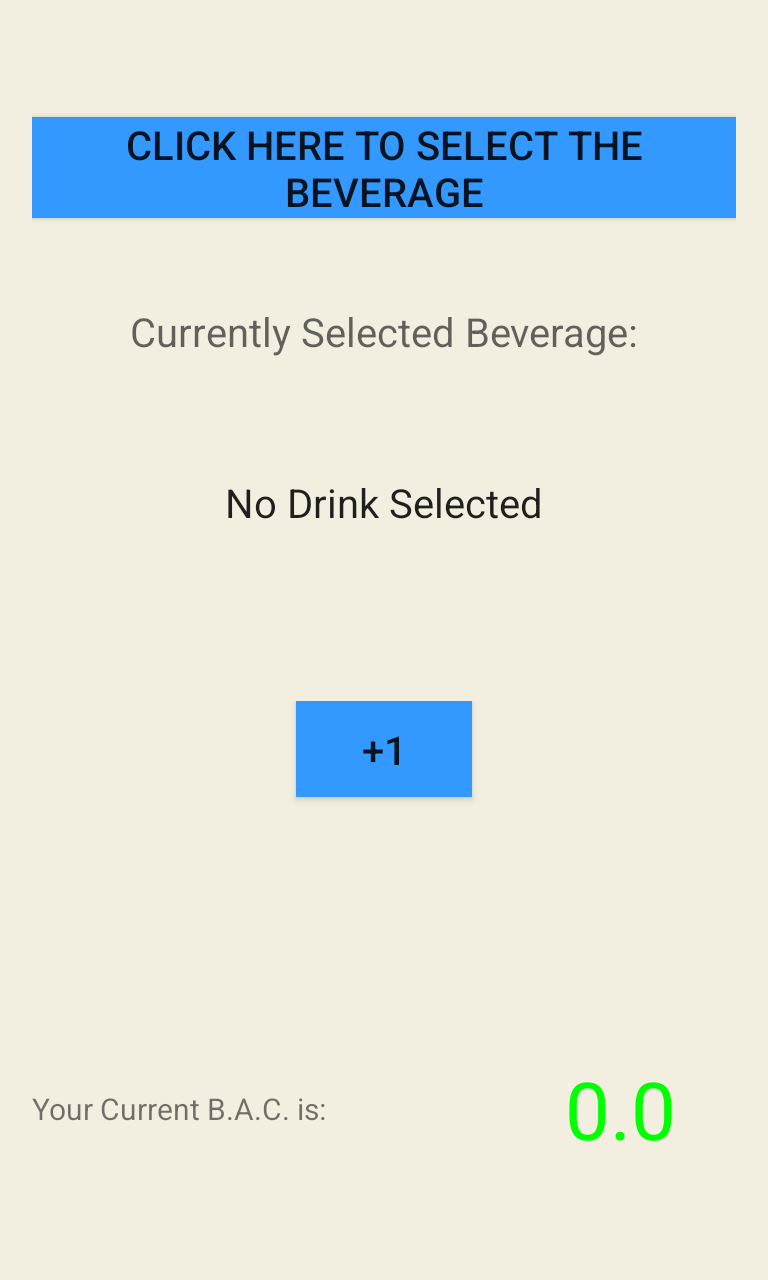
Repository: CS185Wingman/wingman
Layout: Workspace/wingman/res/layout/fragment_main.xml
The author's editor kept a copy of each file at every save. The layout is drawn from the files as they stood at one save, then again after the next save.
It is drawn on a 768 x 1280 px phone screen (xhdpi) without system bars, with theme AppTheme; the app's code is not run.

Above is the layout before, as saved 2014-06-06 07:16:43.

### Workspace/wingman/res/layout/fragment_main.xml
<LinearLayout xmlns:android="http://schemas.android.com/apk/res/android"
    xmlns:tools="http://schemas.android.com/tools"
    android:layout_width="match_parent"
    android:layout_height="match_parent"
    android:background="@color/offwhite"
    android:orientation="vertical"
    android:paddingBottom="@dimen/activity_vertical_margin"
    android:paddingLeft="@dimen/activity_horizontal_margin"
    android:paddingRight="@dimen/activity_horizontal_margin"
    android:paddingTop="@dimen/activity_vertical_margin"
    tools:context="edu.cs185.project.wingman.MainActivity$PlaceholderFragment" >

   <RelativeLayout
        android:id="@+id/selectDrinkLayout"
        android:layout_width="wrap_content"
        android:layout_height="wrap_content"
        android:layout_weight="1.0"
        android:gravity="center"
        android:orientation="vertical" >

       <Button
           android:id="@+id/typeOfDrinkButton"
           android:layout_width="match_parent"
           android:layout_height="wrap_content"
           android:background="@color/lightblue"
           android:gravity="center_horizontal|center_vertical"
           android:onClick="selectDrink"
           android:text="@string/drinkSelect"
           android:textSize="20sp" />

   </RelativeLayout>

   <RelativeLayout
        android:id="@+id/previousDrinkLayout"
        android:layout_width="match_parent"
        android:layout_height="wrap_content"
        android:layout_weight="2.0"
        android:orientation="vertical" >

       <TextView
           android:id="@+id/prevDrinkLabel"
           android:layout_width="match_parent"
           android:layout_height="wrap_content"
           android:gravity="center_horizontal"
           android:text="@string/prevDrinkLabel"
           android:textAppearance="?android:attr/textAppearanceMedium"
           android:textSize="20sp" />

       <TextView
           android:id="@+id/noDrinkSelected"
           android:layout_width="wrap_content"
           android:layout_height="wrap_content"
           android:layout_centerHorizontal="true"
           android:layout_centerVertical="true"
           android:text="@string/noDrinkSelected"
           android:textAppearance="?android:attr/textAppearanceLarge"
           android:textSize="20sp" />

   </RelativeLayout>

   <RelativeLayout
        android:id="@+id/plusOneButtonLayout"
        android:layout_width="match_parent"
        android:layout_height="wrap_content"
        android:layout_weight="1.0"
        android:gravity="center_horizontal"
        android:orientation="horizontal">

       <Button
           android:id="@+id/plusOneButton"
           android:layout_width="wrap_content"
           android:layout_height="wrap_content"
           android:background="@color/lightblue"
           android:onClick="addDrink"
           android:text="@string/plusOne"
           android:textSize="20sp" />

   </RelativeLayout>


   <LinearLayout
        android:id="@+id/bacButtonLayout"
        android:layout_width="match_parent"
        android:layout_height="wrap_content"
        android:layout_weight="1.0"
        android:orientation="horizontal" >

      <RelativeLayout
           android:layout_width="match_parent"
           android:layout_height="match_parent" >

           <TextView
               android:id="@+id/BACText"
               android:layout_width="wrap_content"
               android:layout_height="wrap_content"
               android:layout_alignParentLeft="true"
               android:layout_centerVertical="true"
               android:layout_weight="1.0"
               android:clickable="true"
               android:onClick="BACClick"
               android:text="Your Current B.A.C. is:"
               android:textSize="15sp" />

           <TextView
               android:id="@+id/BACNumber"
               android:layout_width="wrap_content"
               android:layout_height="wrap_content"
               android:layout_alignParentRight="true"
               android:layout_centerVertical="true"
               android:layout_marginRight="30dp"
               android:layout_weight="1.0"
               android:clickable="true"
               android:onClick="BACClick"
               android:text="0.0"
               android:textColor="@color/green"
               android:textSize="40sp" />

       </RelativeLayout>

    </LinearLayout>

</LinearLayout>

### Workspace/wingman/res/values/colors.xml
<?xml version="1.0" encoding="utf-8"?>
<resources>
    <color name="red">#ff0000</color>
    <color name="green">#00ff00</color>
    <color name="orange">#ff6600</color>
    <color name="blue">#0066FF</color>
    <color name="grey">#696969</color>
    <color name="teal">#217c7e</color>
    <color name="offwhite">#f3efe0</color>
    <color name="lightblue">#3399ff</color>
    <color name="darkred">#9a3334</color>
    <color name="white">#ffffff</color>
</resources>

### Workspace/wingman/res/values/strings.xml
<?xml version="1.0" encoding="utf-8"?>
<resources>

    <string name="app_name">wingman</string>
    <string name="hello_world">Hello world!</string>
    <string name="action_settings">Settings</string>
    <string name="plusOne">+1</string>
    <string name="drinkSelect">Click Here to Select the Beverage</string>
    <string name="prevDrinkLabel">Currently Selected Beverage:</string>
    <string name="noDrinkSelected">No Drink Selected</string>
    <string name="placeholder">PLACEHOLDER FOR BAC</string>

</resources>

Loaded but not shown: Workspace/wingman/res/values/styles.xml (common file); Workspace/wingman/res/values-v11/styles.xml (common file); Workspace/wingman/res/values-v14/styles.xml (common file); Workspace/wingman/res/values/dimens.xml (common file); Workspace/wingman/res/values-w820dp/dimens.xml (common file)

After the next save:
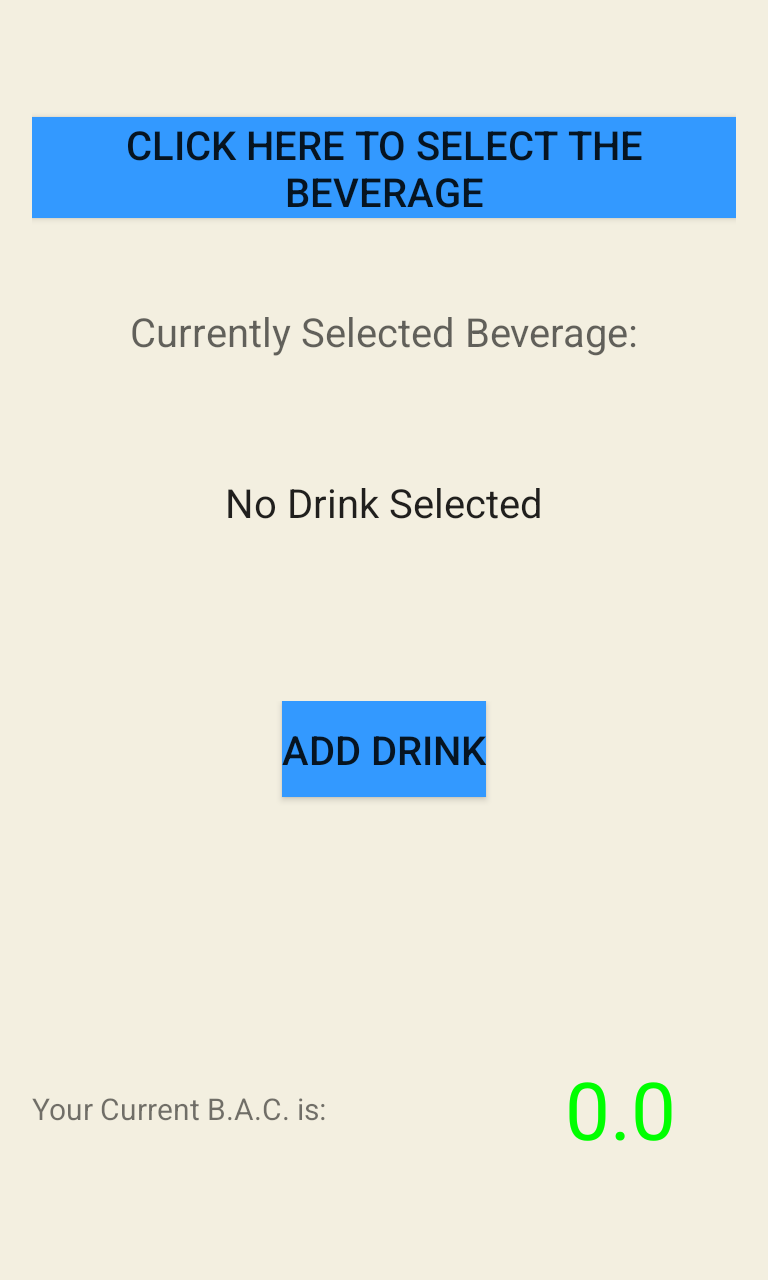
Saved 2 min 35 s later.
--- a/Workspace/wingman/res/values/strings.xml
+++ b/Workspace/wingman/res/values/strings.xml
@@ -4,7 +4,7 @@
     <string name="app_name">wingman</string>
     <string name="hello_world">Hello world!</string>
     <string name="action_settings">Settings</string>
-    <string name="plusOne">+1</string>
+    <string name="plusOne">Add Drink</string>
     <string name="drinkSelect">Click Here to Select the Beverage</string>
     <string name="prevDrinkLabel">Currently Selected Beverage:</string>
     <string name="noDrinkSelected">No Drink Selected</string>
